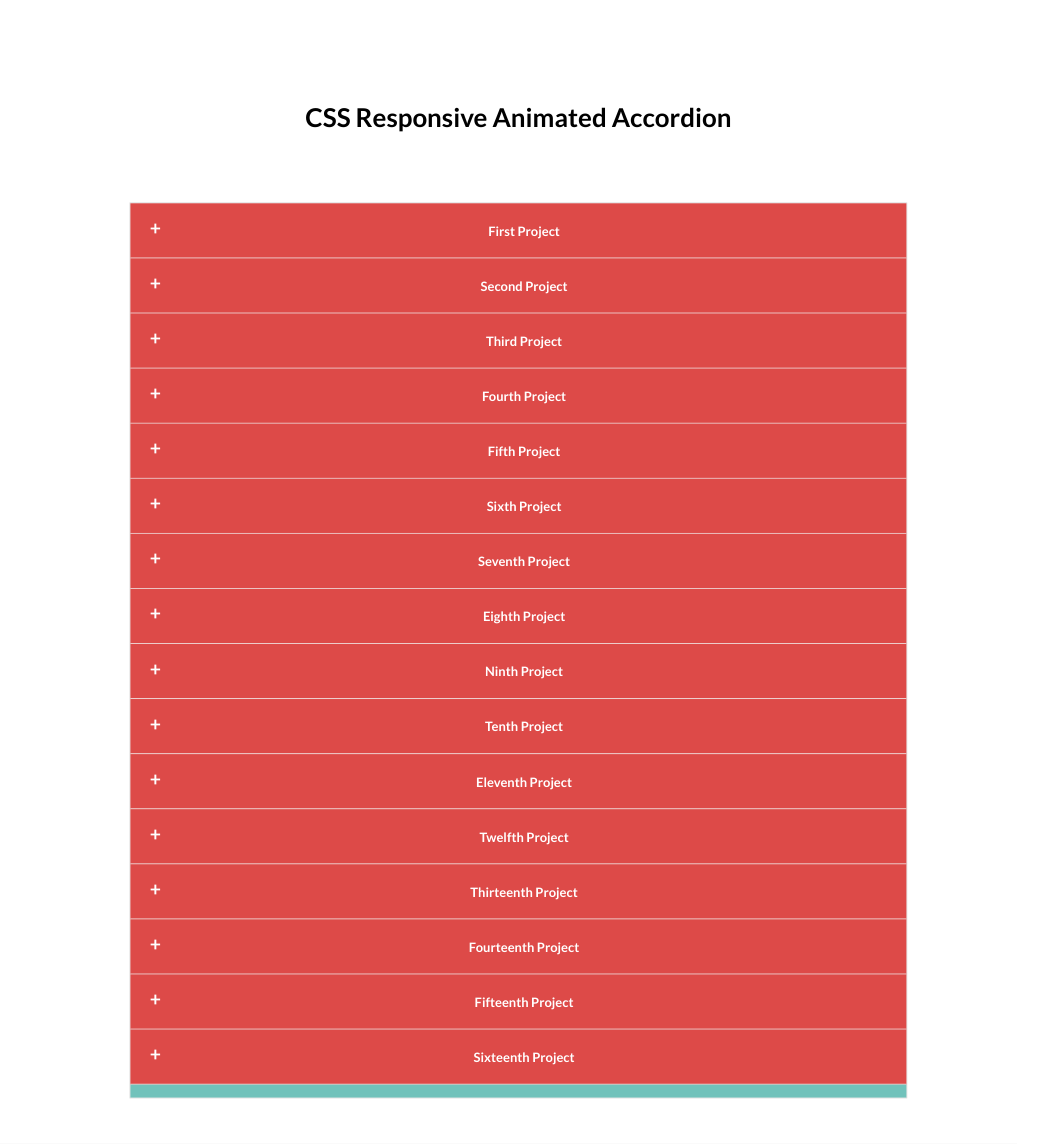
Repository: Imprasna/personalperform
Page: index.html
These files come from the project's save history. The page is drawn as it stood at one moment and after the next save; the edit follows.
The browser window is 1280 px wide. The pictures show the whole page, at 81% of full size.
The style sheet was rebuilt from its Sass, Less or Tailwind sources for each picture, by a compiler version that may differ from the author's.

Above is the page before, as saved 2021-12-30 22:40:31.

### index.html
<!DOCTYPE html>
<html lang="en">

<head>
    <meta charset="UTF-8">
    <meta http-equiv="X-UA-Compatible" content="IE=edge">
    <meta name="viewport" content="width=device-width, initial-scale=1.0">
    <link rel="stylesheet" href="css/accordion.css">
    <title>Prasanna's Performance Tests</title>
</head>

<body>
    <div class="container">
        <h1 class="heading-primary">CSS Responsive Animated Accordion</h1>
        <div class="accordion">
            <dl>
                <dt>
                    <a href="#accordion1" aria-expanded="false" aria-controls="accordion1"
                        class="accordion-title accordionTitle js-accordionTrigger">First Project</a>
                </dt>
                <dd class="accordion-content accordionItem is-collapsed" id="accordion1" aria-hidden="true">
                    <p>Project Name : Gedee Public School.</p>
                    <p>No. of Days: 6 Months.</p>
                    <p>ToolS Used: HTML / CSS / JavaScript.</p>
                    <p>The time I joined the Company, this has been the first project that has been handed to me. Since I had no touch to whatever I learnt previously. It took me nearly 6 months and also due to the delay of contents from the client it took me so long in getting this project completed.
                    </p>
                </dd>
                <dt>
                    <a href="#accordion2" aria-expanded="false" aria-controls="accordion2"
                        class="accordion-title accordionTitle js-accordionTrigger">
                        Second Project</a>
                </dt>
                <dd class="accordion-content accordionItem is-collapsed" id="accordion2" aria-hidden="true">
                    <p>Project Name : Signatures.</p>
                    <p>No. of Days: 18 Days.</p>
                    <p>ToolS Used: Webflow.</p>
                    <p>The time I joined the Company, this has been the first project that has been handed to me. Since I had no touch to whatever I learnt previously. It took me nearly 6 months and also due to the delay of contents from the client it took me so long in getting this project completed.
                    </p>
                </dd>

                <dt>
                    <a href="#accordion3" aria-expanded="false" aria-controls="accordion3"
                        class="accordion-title accordionTitle js-accordionTrigger">
                        Third Project
                    </a>
                </dt>
                <dd class="accordion-content accordionItem is-collapsed" id="accordion3" aria-hidden="true">
                    <p>Project Name : CMK.</p>
                    <p>No. of Days: 18 Days.</p>
                    <p>ToolS Used: Webflow.</p>
                    <p>The time I joined the Company, this has been the first project that has been handed to me. Since I had no touch to whatever I learnt previously. It took me nearly 6 months and also due to the delay of contents from the client it took me so long in getting this project completed.
                    </p>
                </dd>

                <dt>
                    <a href="#accordion3" aria-expanded="false" aria-controls="accordion3"
                        class="accordion-title accordionTitle js-accordionTrigger">
                        Fourth Project
                    </a>
                </dt>
                <dd class="accordion-content accordionItem is-collapsed" id="accordion3" aria-hidden="true">
                    <p>Project Name : Triniva.</p>
                    <p>No. of Days: 18 Days.</p>
                    <p>ToolS Used: Webflow.</p>
                    <p>The time I joined the Company, this has been the first project that has been handed to me. Since I had no touch to whatever I learnt previously. It took me nearly 6 months and also due to the delay of contents from the client it took me so long in getting this project completed.
                    </p>
                </dd>

                <dt>
                    <a href="#accordion3" aria-expanded="false" aria-controls="accordion3"
                        class="accordion-title accordionTitle js-accordionTrigger">
                        Fifth Project
                    </a>
                </dt>
                <dd class="accordion-content accordionItem is-collapsed" id="accordion3" aria-hidden="true">
                    <p>Project Name : CACPL - Landing.</p>
                    <p>No. of Days: 18 Days.</p>
                    <p>ToolS Used: Webflow.</p>
                    <p>The time I joined the Company, this has been the first project that has been handed to me. Since I had no touch to whatever I learnt previously. It took me nearly 6 months and also due to the delay of contents from the client it took me so long in getting this project completed.
                    </p>
                </dd>

                <dt>
                    <a href="#accordion3" aria-expanded="false" aria-controls="accordion3"
                        class="accordion-title accordionTitle js-accordionTrigger">
                        Sixth Project
                    </a>
                </dt>
                <dd class="accordion-content accordionItem is-collapsed" id="accordion3" aria-hidden="true">
                    <p>Project Name : CACPL.</p>
                    <p>No. of Days: 18 Days.</p>
                    <p>ToolS Used: Webflow.</p>
                    <p>The time I joined the Company, this has been the first project that has been handed to me. Since I had no touch to whatever I learnt previously. It took me nearly 6 months and also due to the delay of contents from the client it took me so long in getting this project completed.
                    </p>
                </dd>

                <dt>
                    <a href="#accordion3" aria-expanded="false" aria-controls="accordion3"
                        class="accordion-title accordionTitle js-accordionTrigger">
                        Seventh Project
                    </a>
                </dt>
                <dd class="accordion-content accordionItem is-collapsed" id="accordion3" aria-hidden="true">
                    <p>Project Name : Consolidated One.</p>
                    <p>No. of Days: 18 Days.</p>
                    <p>ToolS Used: Webflow.</p>
                    <p>The time I joined the Company, this has been the first project that has been handed to me. Since I had no touch to whatever I learnt previously. It took me nearly 6 months and also due to the delay of contents from the client it took me so long in getting this project completed.
                    </p>
                </dd>

                <dt>
                    <a href="#accordion3" aria-expanded="false" aria-controls="accordion3"
                        class="accordion-title accordionTitle js-accordionTrigger">
                        Eighth Project
                    </a>
                </dt>
                <dd class="accordion-content accordionItem is-collapsed" id="accordion3" aria-hidden="true">
                    <p>Project Name : Atlas Pain Care.</p>
                    <p>No. of Days: 18 Days.</p>
                    <p>ToolS Used: Webflow.</p>
                    <p>The time I joined the Company, this has been the first project that has been handed to me. Since I had no touch to whatever I learnt previously. It took me nearly 6 months and also due to the delay of contents from the client it took me so long in getting this project completed.
                    </p>
                </dd>

                <dt>
                    <a href="#accordion3" aria-expanded="false" aria-controls="accordion3"
                        class="accordion-title accordionTitle js-accordionTrigger">
                        Ninth Project
                    </a>
                </dt>
                <dd class="accordion-content accordionItem is-collapsed" id="accordion3" aria-hidden="true">
                    <p>Project Name : LMW MTD.</p>
                    <p>No. of Days: 18 Days.</p>
                    <p>ToolS Used: Webflow.</p>
                    <p>The time I joined the Company, this has been the first project that has been handed to me. Since I had no touch to whatever I learnt previously. It took me nearly 6 months and also due to the delay of contents from the client it took me so long in getting this project completed.
                    </p>
                </dd>

                <dt>
                    <a href="#accordion3" aria-expanded="false" aria-controls="accordion3"
                        class="accordion-title accordionTitle js-accordionTrigger">
                        Tenth Project
                    </a>
                </dt>
                <dd class="accordion-content accordionItem is-collapsed" id="accordion3" aria-hidden="true">
                    <p>Project Name : Lobien.</p>
                    <p>No. of Days: 18 Days.</p>
                    <p>ToolS Used: Webflow.</p>
                    <p>The time I joined the Company, this has been the first project that has been handed to me. Since I had no touch to whatever I learnt previously. It took me nearly 6 months and also due to the delay of contents from the client it took me so long in getting this project completed.
                    </p>
                </dd>

                <dt>
                    <a href="#accordion3" aria-expanded="false" aria-controls="accordion3"
                        class="accordion-title accordionTitle js-accordionTrigger">
                        Eleventh Project
                    </a>
                </dt>
                <dd class="accordion-content accordionItem is-collapsed" id="accordion3" aria-hidden="true">
                    <p>Project Name : AJK Nursing Landing.</p>
                    <p>No. of Days: 18 Days.</p>
                    <p>ToolS Used: Webflow.</p>
                    <p>The time I joined the Company, this has been the first project that has been handed to me. Since I had no touch to whatever I learnt previously. It took me nearly 6 months and also due to the delay of contents from the client it took me so long in getting this project completed.
                    </p>
                </dd>

                <dt>
                    <a href="#accordion3" aria-expanded="false" aria-controls="accordion3"
                        class="accordion-title accordionTitle js-accordionTrigger">
                        Twelfth Project
                    </a>
                </dt>
                <dd class="accordion-content accordionItem is-collapsed" id="accordion3" aria-hidden="true">
                    <p>Project Name : Fenzgard.</p>
                    <p>No. of Days: 18 Days.</p>
                    <p>ToolS Used: Webflow.</p>
                    <p>The time I joined the Company, this has been the first project that has been handed to me. Since I had no touch to whatever I learnt previously. It took me nearly 6 months and also due to the delay of contents from the client it took me so long in getting this project completed.
                    </p>
                </dd>

                <dt>
                    <a href="#accordion3" aria-expanded="false" aria-controls="accordion3"
                        class="accordion-title accordionTitle js-accordionTrigger">
                        Thirteenth Project
                    </a>
                </dt>
                <dd class="accordion-content accordionItem is-collapsed" id="accordion3" aria-hidden="true">
                    <p>Project Name : Ethinic.</p>
                    <p>No. of Days: 18 Days.</p>
                    <p>ToolS Used: Webflow.</p>
                    <p>The time I joined the Company, this has been the first project that has been handed to me. Since I had no touch to whatever I learnt previously. It took me nearly 6 months and also due to the delay of contents from the client it took me so long in getting this project completed.
                    </p>
                </dd>

                <dt>
                    <a href="#accordion3" aria-expanded="false" aria-controls="accordion3"
                        class="accordion-title accordionTitle js-accordionTrigger">
                        Fourteenth Project
                    </a>
                </dt>
                <dd class="accordion-content accordionItem is-collapsed" id="accordion3" aria-hidden="true">
                    <p>Project Name : Bio-enercon.</p>
                    <p>No. of Days: 18 Days.</p>
                    <p>ToolS Used: Webflow.</p>
                    <p>The time I joined the Company, this has been the first project that has been handed to me. Since I had no touch to whatever I learnt previously. It took me nearly 6 months and also due to the delay of contents from the client it took me so long in getting this project completed.
                    </p>
                </dd>

                <dt>
                    <a href="#accordion3" aria-expanded="false" aria-controls="accordion3"
                        class="accordion-title accordionTitle js-accordionTrigger">
                        Fifteenth Project
                    </a>
                </dt>
                <dd class="accordion-content accordionItem is-collapsed" id="accordion3" aria-hidden="true">
                    <p>Project Name : Suguna Groups.</p>
                    <p>No. of Days: 18 Days.</p>
                    <p>ToolS Used: Webflow.</p>
                    <p>The time I joined the Company, this has been the first project that has been handed to me. Since I had no touch to whatever I learnt previously. It took me nearly 6 months and also due to the delay of contents from the client it took me so long in getting this project completed.
                    </p>
                </dd>

                <dt>
                    <a href="#accordion3" aria-expanded="false" aria-controls="accordion3"
                        class="accordion-title accordionTitle js-accordionTrigger">
                        Sixteenth Project
                    </a>
                </dt>
                <dd class="accordion-content accordionItem is-collapsed" id="accordion3" aria-hidden="true">
                    <p>Project Name : Sarvvam.</p>
                    <p>No. of Days: 18 Days.</p>
                    <p>ToolS Used: Webflow.</p>
                    <p>The time I joined the Company, this has been the first project that has been handed to me. Since I had no touch to whatever I learnt previously. It took me nearly 6 months and also due to the delay of contents from the client it took me so long in getting this project completed.
                    </p>
                </dd>

            </dl>
        </div>
    </div>

    <script src="app.js"></script>
</body>

</html>

### app.js
//uses classList, setAttribute, and querySelectorAll
//if you want this to work in IE8/9 youll need to polyfill these
(function(){
	var d = document,
	accordionToggles = d.querySelectorAll('.js-accordionTrigger'),
	setAria,
	setAccordionAria,
	switchAccordion,
  touchSupported = ('ontouchstart' in window),
  pointerSupported = ('pointerdown' in window);

  skipClickDelay = function(e){
    e.preventDefault();
    e.target.click();
  }

		setAriaAttr = function(el, ariaType, newProperty){
		el.setAttribute(ariaType, newProperty);
	};
	setAccordionAria = function(el1, el2, expanded){
		switch(expanded) {
      case "true":
      	setAriaAttr(el1, 'aria-expanded', 'true');
      	setAriaAttr(el2, 'aria-hidden', 'false');
      	break;
      case "false":
      	setAriaAttr(el1, 'aria-expanded', 'false');
      	setAriaAttr(el2, 'aria-hidden', 'true');
      	break;
      default:
				break;
		}
	};
//function
switchAccordion = function(e) {
  console.log("triggered");
	e.preventDefault();
	var thisAnswer = e.target.parentNode.nextElementSibling;
	var thisQuestion = e.target;
	if(thisAnswer.classList.contains('is-collapsed')) {
		setAccordionAria(thisQuestion, thisAnswer, 'true');
	} else {
		setAccordionAria(thisQuestion, thisAnswer, 'false');
	}
  	thisQuestion.classList.toggle('is-collapsed');
  	thisQuestion.classList.toggle('is-expanded');
		thisAnswer.classList.toggle('is-collapsed');
		thisAnswer.classList.toggle('is-expanded');

  	thisAnswer.classList.toggle('animateIn');
	};
	for (var i=0,len=accordionToggles.length; i<len; i++) {
		if(touchSupported) {
      accordionToggles[i].addEventListener('touchstart', skipClickDelay, false);
    }
    if(pointerSupported){
      accordionToggles[i].addEventListener('pointerdown', skipClickDelay, false);
    }
    accordionToggles[i].addEventListener('click', switchAccordion, false);
  }
})();

### accordion.scss

//updated ver
* {
    box-sizing:border-box;
  }
  @import url(https://fonts.googleapis.com/css?family=Lato:400,700);
  body {

    font-family:'Lato';
  }
  .heading-primary {
    font-size:2em;
    padding:2em;
    text-align:center;
  }
  .accordion dl,
  .accordion-list {
     border:1px solid #ddd;
     &:after {
         content: "";
         display:block;
         height:1em;
         width:100%;
         background-color:darken(#95D1CC, 10%);
       }
  }
  .accordion dd,
  .accordion__panel {
     background-color:#eee;
     font-size:1em;
     line-height:1.5em;
     height: auto;
  }
  .accordion p {
    padding: .2rem;
  }

  .accordion {
      position:relative;
      background-color:#eee;
  }
  .container {
    max-width:960px;
    margin:0 auto;
    padding:2em 0 2em 0;
  }
  .accordionTitle,
  .accordion__Heading {
   background-color:#DD4A48;
     text-align:center;
       font-weight:700;
            padding:1.5rem;
            display:block;
            text-decoration:none;
            color:#fff;
            transition:background-color 0.5s ease-in-out;
    border-bottom:1px solid darken(#fff, 5%);
    &:before {
     content: "+";
     font-size:1.5em;
     line-height:0.5em;
     float:left;
     transition: transform 0.3s ease-in-out;
    }
    &:hover {
      background-color:darken(#EC255A, 10%);
    }
  }
  .accordionTitleActive,
  .accordionTitle.is-expanded {
     background-color:darken(#4F091D, 10%);
     border-bottom:1px solid darken(#4F091D, 5%);
      &:before {

        transform:rotate(-225deg);
      }
  }
  .accordionItem {
      height:auto;
      overflow:hidden;
      //SHAME: magic number to allow the accordion to animate

       max-height:50em;
      transition:max-height 1s;


      @media screen and (min-width:48em) {
           max-height:20em;
          transition:max-height 0.5s

      }


  }

  .accordionItem.is-collapsed {
      max-height:0;
  }
  .no-js .accordionItem.is-collapsed {
    max-height: auto;
  }
  .animateIn {
       animation: accordionIn 0.45s normal ease-in-out both 1;
  }
  .animateOut {
       animation: accordionOut 0.45s alternate ease-in-out both 1;
  }
  @keyframes accordionIn {
    0% {
      opacity: 0;
      transform:scale(0.9) rotateX(-60deg);
      transform-origin: 50% 0;
    }
    100% {
      opacity:1;
      transform:scale(1);
    }
  }

  @keyframes accordionOut {
      0% {
         opacity: 1;
         transform:scale(1);
       }
       100% {
            opacity:0;
             transform:scale(0.9) rotateX(-60deg);
         }
  }

After the next save:
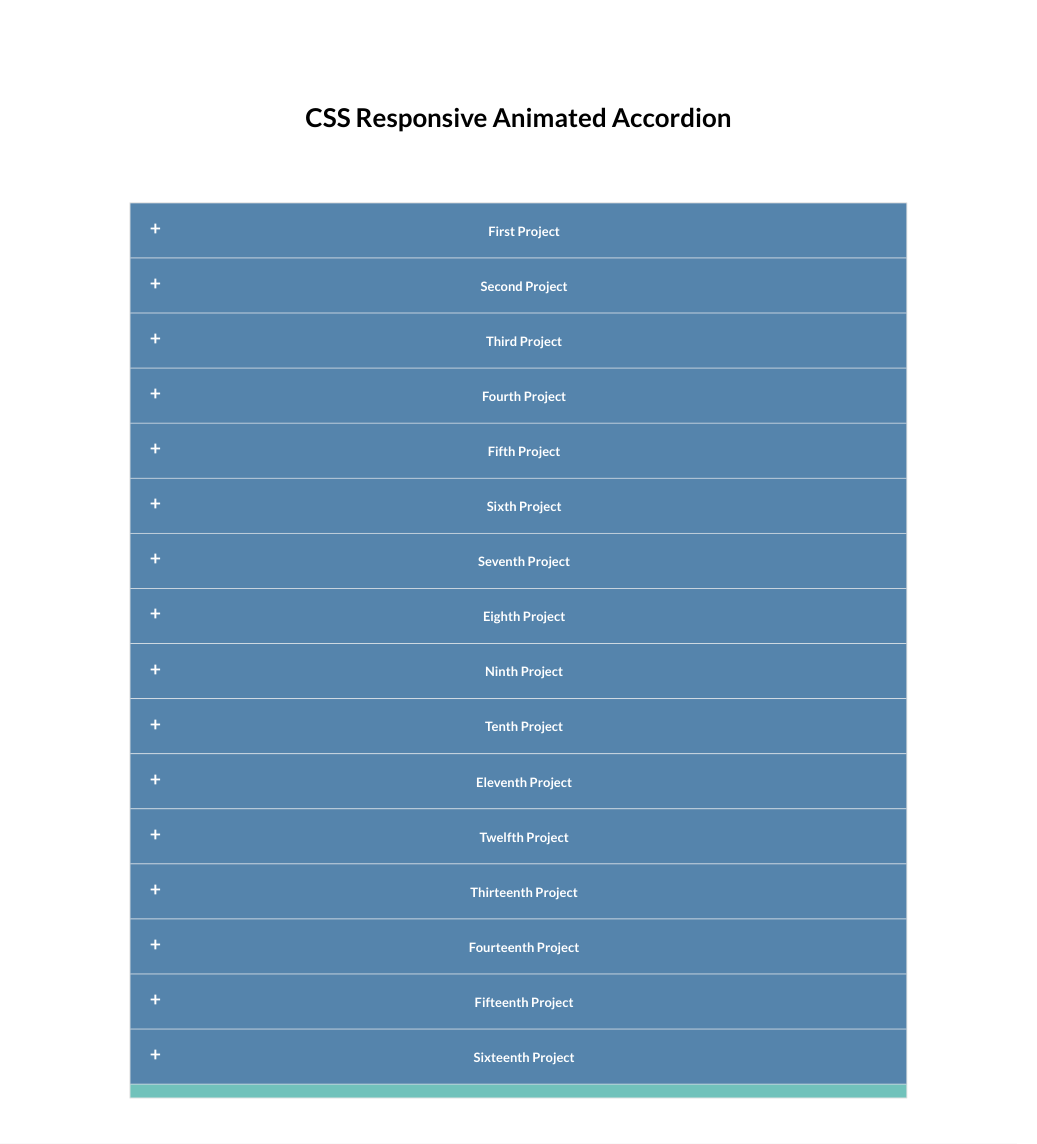
Saved 22 s later.
--- a/accordion.scss
+++ b/accordion.scss
@@ -46,7 +46,7 @@
   }
   .accordionTitle,
   .accordion__Heading {
-   background-color:#DD4A48;
+   background-color:#5584AC;
      text-align:center;
        font-weight:700;
             padding:1.5rem;
